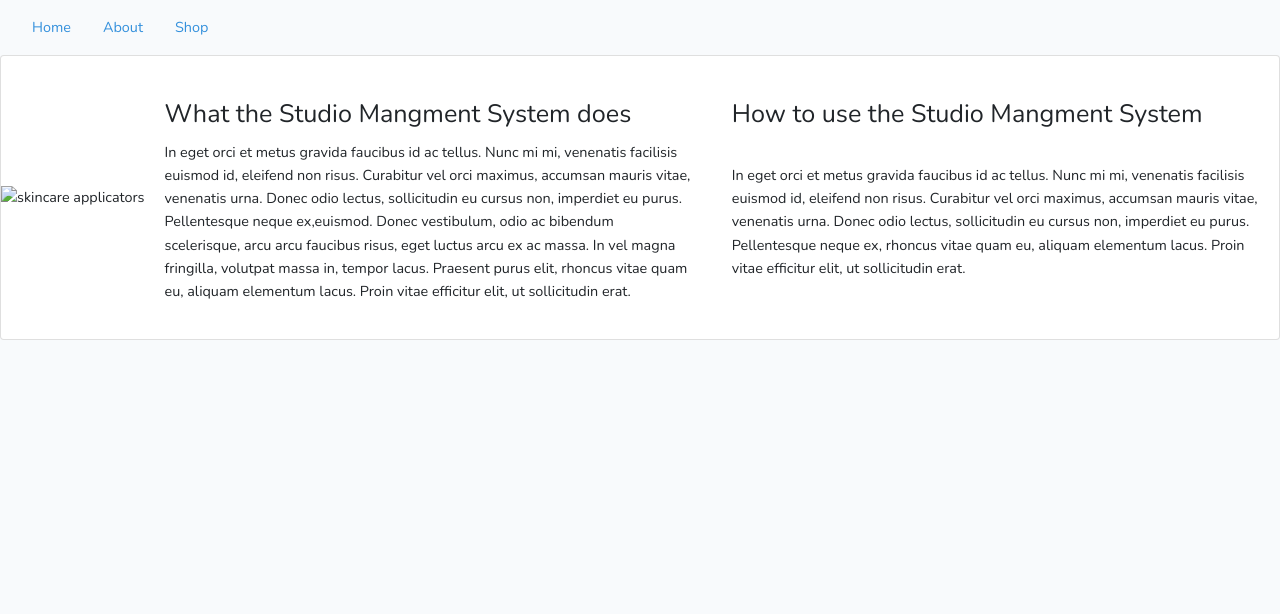
Repository: littae2/simplicite
Page: http://localhost/shop
The author's editor kept a copy of each file at every save. The page is drawn from the files as they stood at one save, then again after a run of saves.
The browser window is 1280 px wide. The pictures show the whole page.
Some web libraries are served in a nearby version. The page is served by the project's Laravel application, run on PHP 8.4 with Laravel 8.

Above is the page before, as saved 2021-08-13 15:27:32.

After the next 2 saves:
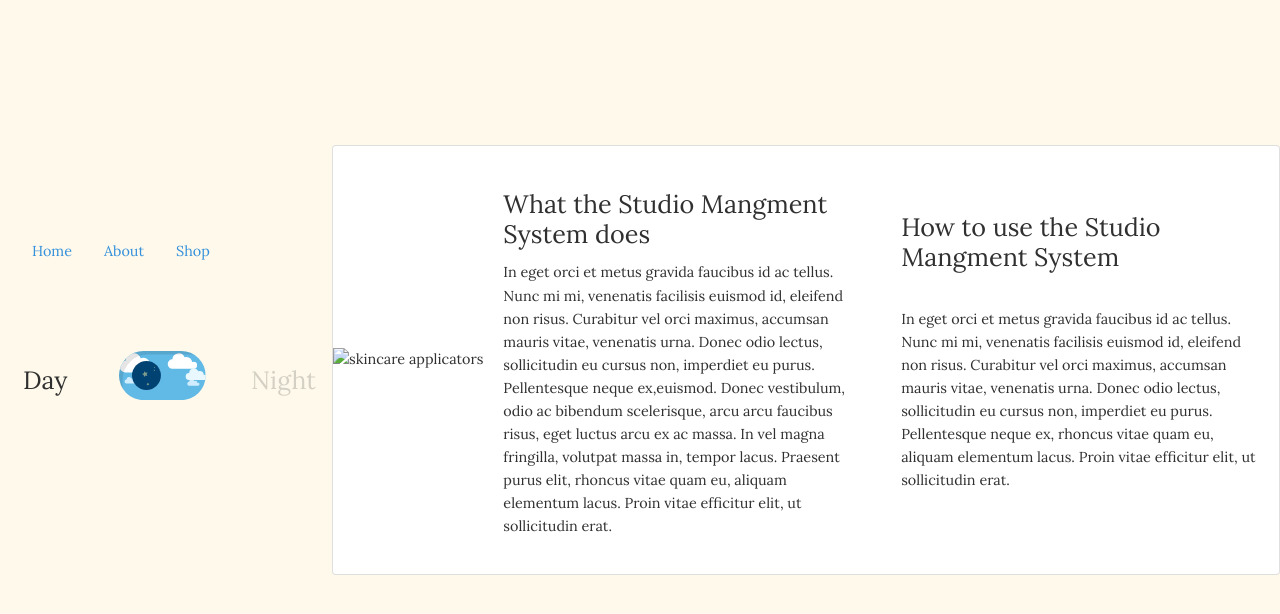
Console error: ReferenceError: gsap is not defined
The 2 saves are shown as one change because they came seconds apart.
The last was saved 7 s later.
--- a/Project/resources/views/layouts/navbar.blade.php
+++ b/Project/resources/views/layouts/navbar.blade.php
@@ -17,7 +17,7 @@
       <a class="nav-link" href="{{url('/')}}">Home</a>
       <a class="nav-link" href="{{url('/about')}}">About</a>
       <a class="nav-link" href="{{url('/shop')}}">Shop</a>
-<a>
+<a>@include('inc.daynight')</a>
 
 
     </div>
